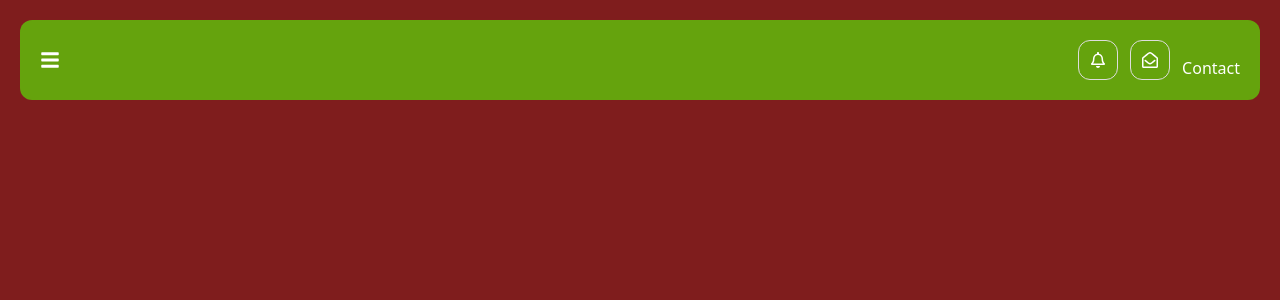
Repository: farrelmuhammad/redesign-bo
Page: /
These files come from the project's save history. The page is drawn as it stood at one moment and after the next save; the edit follows.
The browser window is 1280 px wide. The pictures show the whole page.
The project was rebuilt for these pictures with package versions that can differ from the ones it lists, and the page was loaded fresh each time. Also part of the build but not shown: src/App.css.

Above is the page before, as saved 2024-03-02 19:04:54.

### src/App.tsx
import React from 'react';
import logo from './logo.svg';
import './App.css';
import Navbar from './components/Navbar';

function App() {
  return (
    <section className='bg-red-900 h-screen w-screen flex font-poppins text-white'>
      <Navbar />
    </section>
  );
}

export default App;

### src/components/Navbar.tsx
import React from 'react'
import { FaBars, FaRegBell, FaRegEnvelopeOpen } from "react-icons/fa";

const Navbar = () => {
    return (
        <nav className='bg-lime-600 h-20 w-full flex flex-row justify-between items-center px-5 m-5 rounded-xl'>
            <div className="flex flex-1 justify-start items-center">
                <button className='text-xl hover:text-black'>
                    <FaBars />
                </button>
            </div>
            <div className="flex flex-1 flex-row gap-3 justify-end items-end">
                <button className='flex justify-center items-center h-10 w-10 rounded-xl border-[1px] border-[#DDDDDD]'>
                    <FaRegBell />
                </button>
                <button className='flex justify-center items-center h-10 w-10 rounded-xl border-[1px] border-[#DDDDDD]'>
                    <FaRegEnvelopeOpen />
                </button>
                <button>Contact</button>
            </div>
        </nav>
    )
}

export default Navbar

Loaded but not shown: public/index.html (common file); src/index.tsx (common file); src/index.css (common file); src/reportWebVitals.ts (common file); tailwind.config.js (common file)

After the next save:
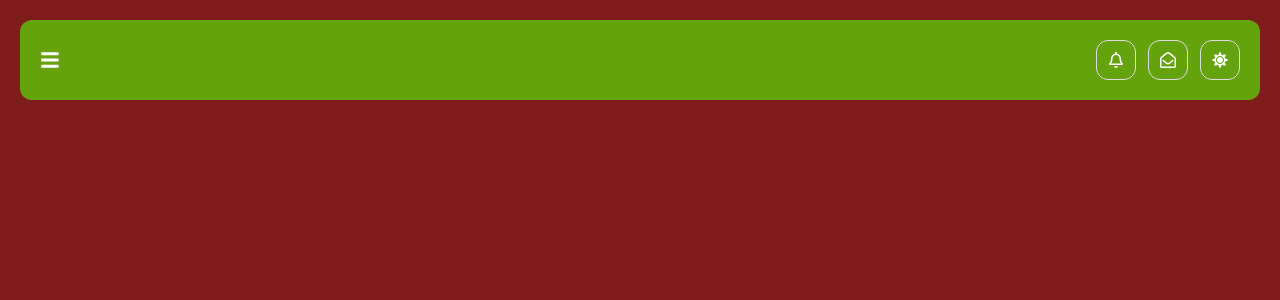
Saved 46 s later.
--- a/src/components/Navbar.tsx
+++ b/src/components/Navbar.tsx
@@ -1,5 +1,5 @@
 import React from 'react'
-import { FaBars, FaRegBell, FaRegEnvelopeOpen } from "react-icons/fa";
+import { FaBars, FaRegBell, FaRegEnvelopeOpen, FaSun } from "react-icons/fa";
 
 const Navbar = () => {
     return (
@@ -16,7 +16,9 @@ const Navbar = () => {
                 <button className='flex justify-center items-center h-10 w-10 rounded-xl border-[1px] border-[#DDDDDD]'>
                     <FaRegEnvelopeOpen />
                 </button>
-                <button>Contact</button>
+                <button className='flex justify-center items-center h-10 w-10 rounded-xl border-[1px] border-[#DDDDDD]'>
+                    <FaSun />
+                </button>
             </div>
         </nav>
     )
